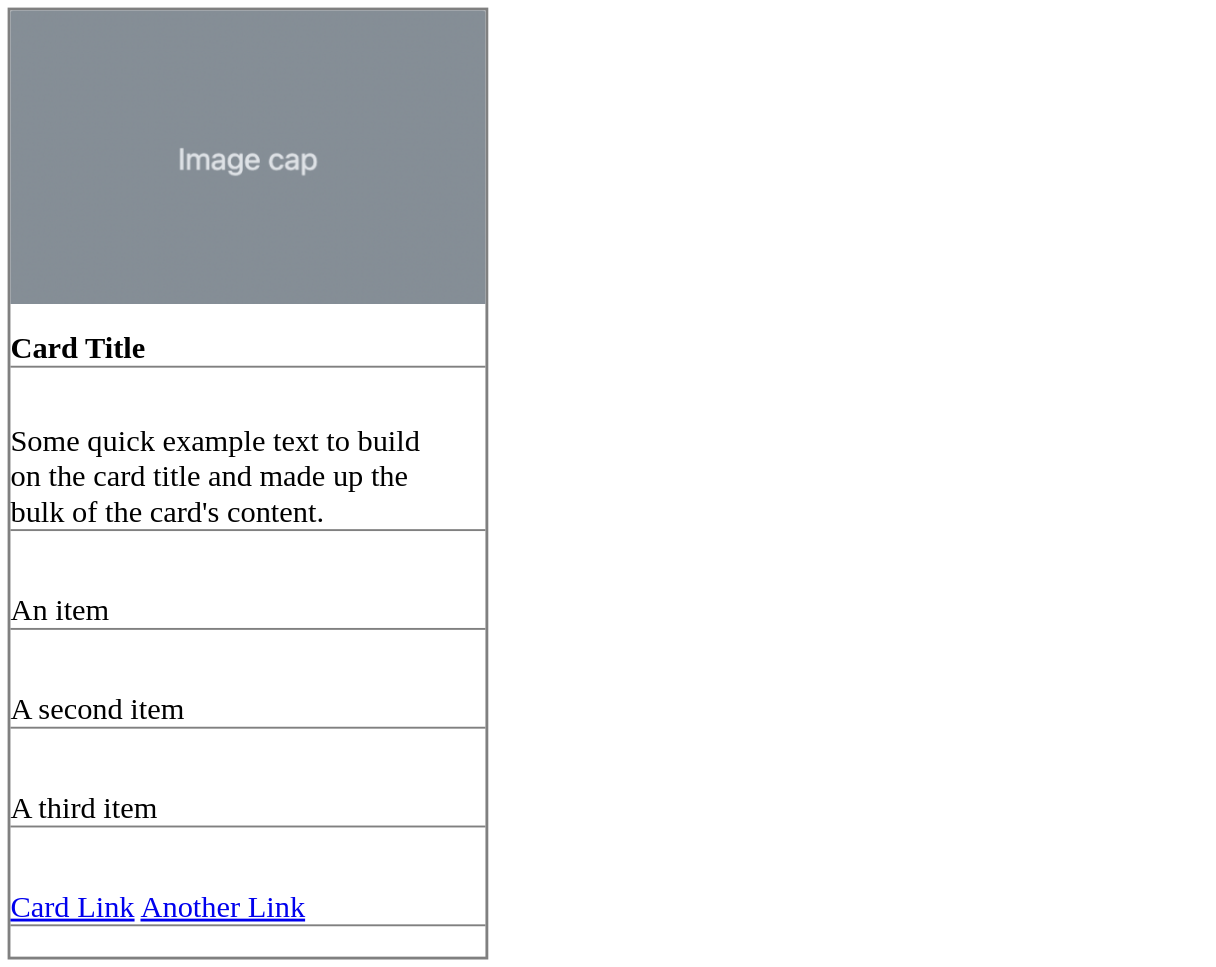
Repository: tr2cky/jsx-exercise
Page: 04 Card/card.html
An editor plug-in stored every save of this project. The page is shown before and after the next save, followed by the edit.
The browser window is 1280 px wide. The pictures show the whole page, at 95% of full size.

Above is the page before, as saved 2022-09-27 16:20:22.

After the next save:
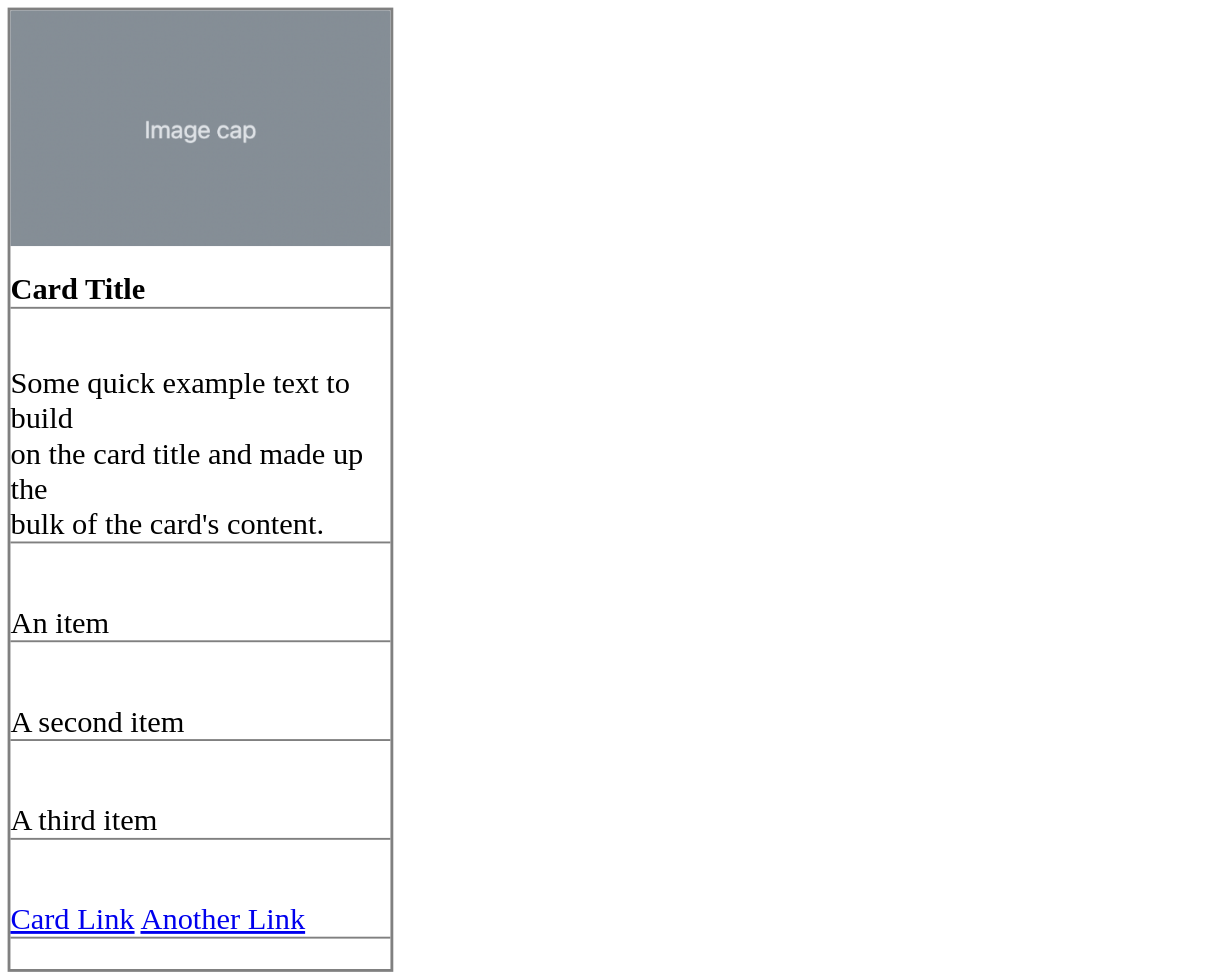
Saved 17 s later.
--- a/04 Card/style.css
+++ b/04 Card/style.css
@@ -2,11 +2,11 @@
     display: flex;
     flex-direction: column;
     border: 3px solid gray;
-    max-width: 500px;
+    max-width: 400px;
     gap: 1px;
 }
 .container > img {
-    width: 500px;
+    width: 400px;
 }
 .container > p, h2 {
     font-size: 2rem;
